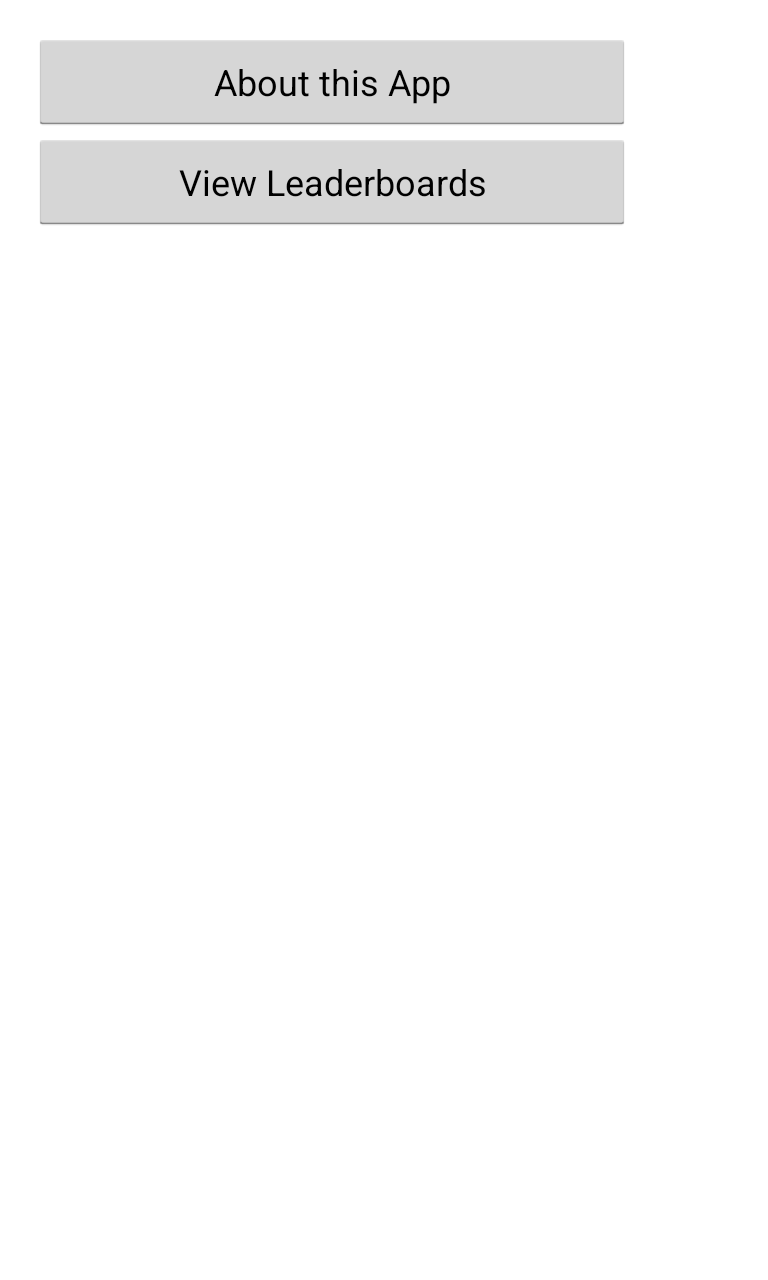
Repository: colincove/IAT381-Android
Layout: UrbanWarLeaderboards/res/layout/activity_title_screen.xml
An editor plug-in stored every save of this project. The layout is shown before and after the next save, followed by the edit.
It is drawn on a 768 x 1280 px phone screen (xhdpi) without system bars, with theme AppTheme; the app's code is not run.

Above is the layout before, as saved 2013-09-06 16:08:13.

### UrbanWarLeaderboards/res/layout/activity_title_screen.xml
<LinearLayout xmlns:android="http://schemas.android.com/apk/res/android"
    xmlns:tools="http://schemas.android.com/tools"
    android:orientation="vertical"
    android:layout_width="match_parent"
    android:layout_height="match_parent"
    android:paddingBottom="@dimen/activity_vertical_margin"
    android:paddingLeft="@dimen/activity_horizontal_margin"
    android:paddingRight="@dimen/activity_horizontal_margin"
    android:paddingTop="@dimen/activity_vertical_margin"
    tools:context=".TitleScreenActivity" >

		<Button
		    android:text="@string/about"
		    android:layout_width="300dp"
		    android:layout_height="50dp" />
		<Button
		    android:text="@string/view_leaderboards"
		    android:layout_width="@dimen/menu_btn_w"
		    android:layout_height="@dimen/menu_btn_h" />
</LinearLayout>

### UrbanWarLeaderboards/res/values/dimens.xml
<resources>

    <!-- Default screen margins, per the Android Design guidelines. -->
    <dimen name="activity_horizontal_margin">16dp</dimen>
    <dimen name="activity_vertical_margin">16dp</dimen>
	<dimen name="menu_btn_w">300dp</dimen>
	<dimen name="menu_btn_h">50dp</dimen>
</resources>

### UrbanWarLeaderboards/res/values/strings.xml
<?xml version="1.0" encoding="utf-8"?>
<resources>

    <string name="app_name">UrbanWarLeaderboards</string>
    <string name="action_settings">Settings</string>
    <string name="hello_world">Hello world!</string>
    <!-- Menu button Strings -->
	<string name="about">About this App</string>
	<string name="view_leaderboards">View Leaderboards</string>
</resources>

Loaded but not shown: UrbanWarLeaderboards/res/values/styles.xml (common file); UrbanWarLeaderboards/res/values-v11/styles.xml (common file); UrbanWarLeaderboards/res/values-v14/styles.xml (common file)

After the next save:
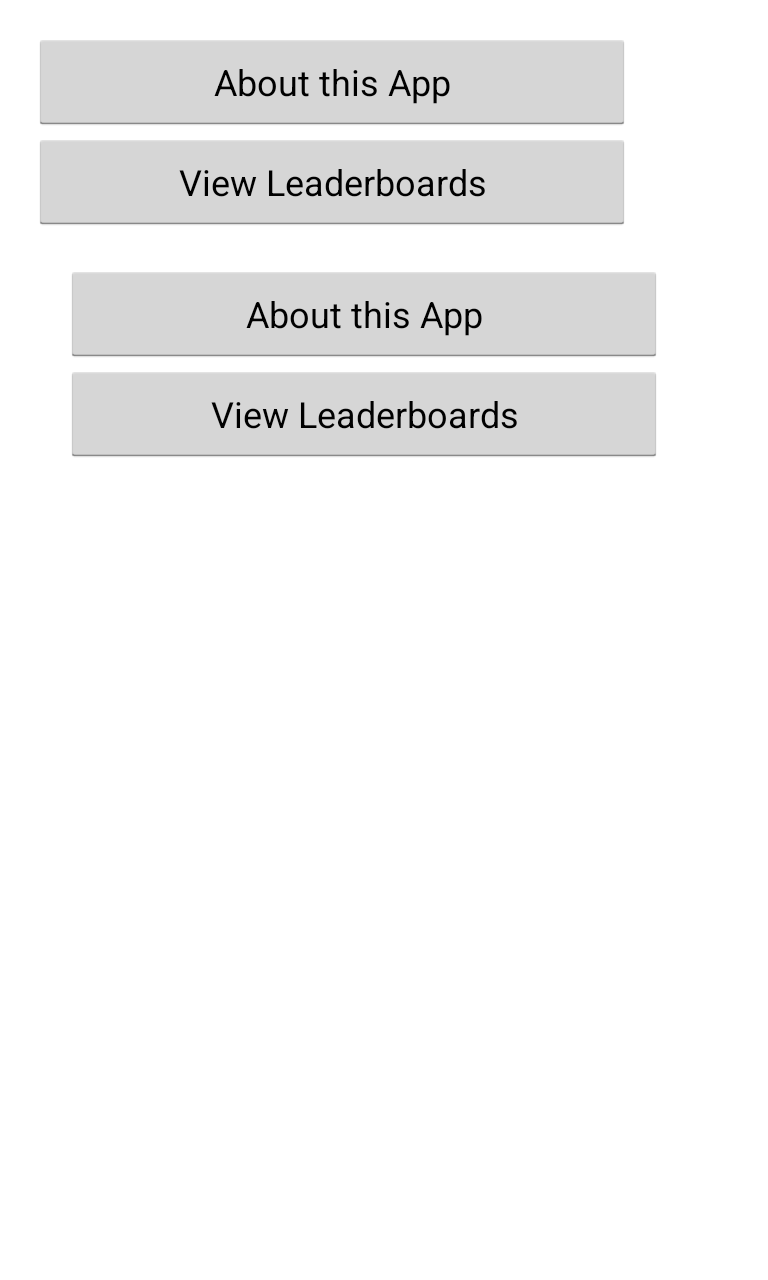
Saved 48 s later.
--- a/UrbanWarLeaderboards/res/layout/activity_title_screen.xml
+++ b/UrbanWarLeaderboards/res/layout/activity_title_screen.xml
@@ -17,4 +17,24 @@
 		    android:text="@string/view_leaderboards"
 		    android:layout_width="@dimen/menu_btn_w"
 		    android:layout_height="@dimen/menu_btn_h" />
+		<LinearLayout xmlns:android="http://schemas.android.com/apk/res/android"
+    xmlns:tools="http://schemas.android.com/tools"
+    android:orientation="vertical"
+    android:layout_width="match_parent"
+    android:layout_height="match_parent"
+    android:paddingBottom="@dimen/activity_vertical_margin"
+    android:paddingLeft="@dimen/activity_horizontal_margin"
+    android:paddingRight="@dimen/activity_horizontal_margin"
+    android:paddingTop="@dimen/activity_vertical_margin"
+    tools:context=".TitleScreenActivity" >
+    <Button
+		    android:text="@string/about"
+		    android:layout_width="300dp"
+		    android:layout_height="50dp" />
+		<Button
+		    android:text="@string/view_leaderboards"
+		    android:layout_width="@dimen/menu_btn_w"
+		    android:layout_height="@dimen/menu_btn_h" />
+		</LinearLayout>
+
 </LinearLayout>
